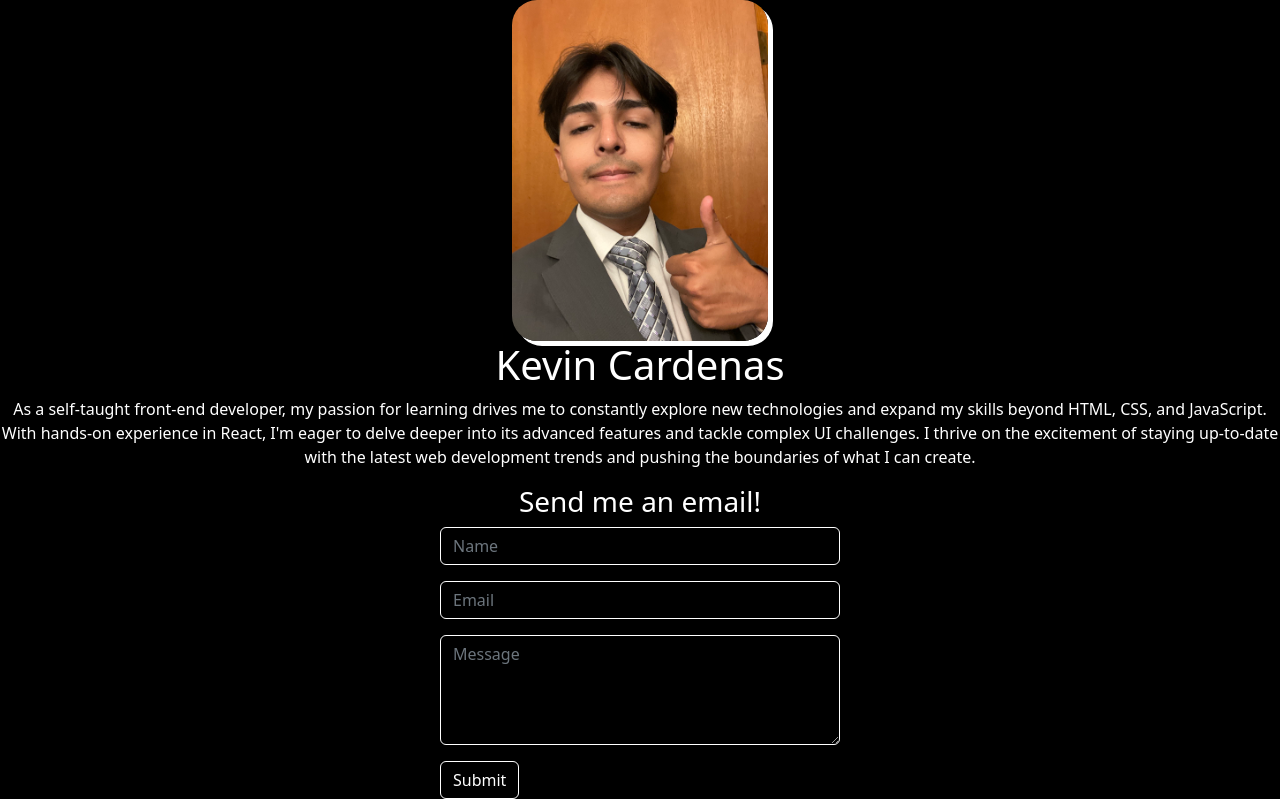
Repository: elqueben/elqueben.github.io
Page: public/index.html
The author's editor kept a copy of each file at every save. The page is drawn from the files as they stood at one save, then again after the next save.
The browser window is 1280 px wide. The pictures show the whole page.

Above is the page before, as saved 2023-06-20 12:03:33.

After the next save:
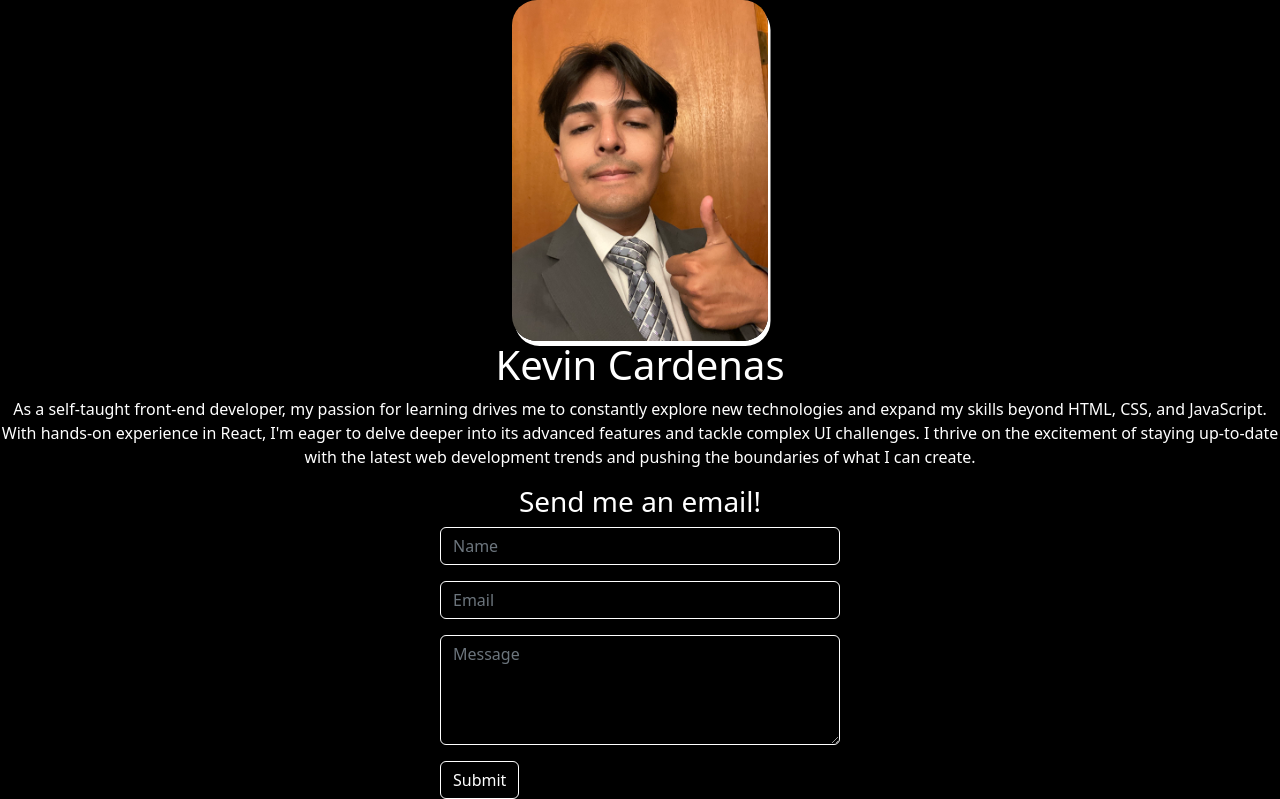
Saved 8 s later.
--- a/public/styles.css
+++ b/public/styles.css
@@ -4,7 +4,7 @@
     margin: 0 auto;
     border: 2px;
     border-radius: 25px;
-    box-shadow: 5px 5px;
+    box-shadow: 2.5px 5px;
 }
 
 body {
